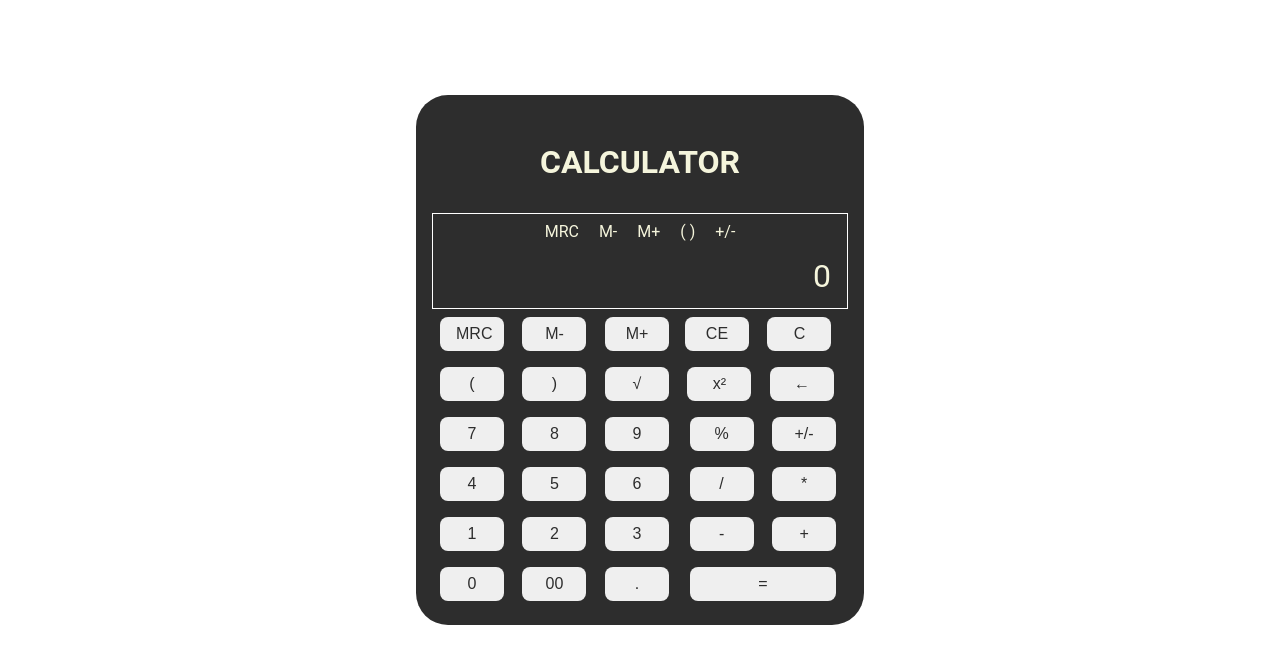
Repository: Denis793/CalculatorNew
Page: index.html
An editor plug-in stored every save of this project. The page is shown before and after the next save, followed by the edit.
The browser window is 1280 px wide. The pictures show the whole page.
The style sheet was rebuilt from its Sass, Less or Tailwind sources for each picture, by a compiler version that may differ from the author's.

Above is the page before, as saved 2025-05-17 18:58:53.

After the next save:
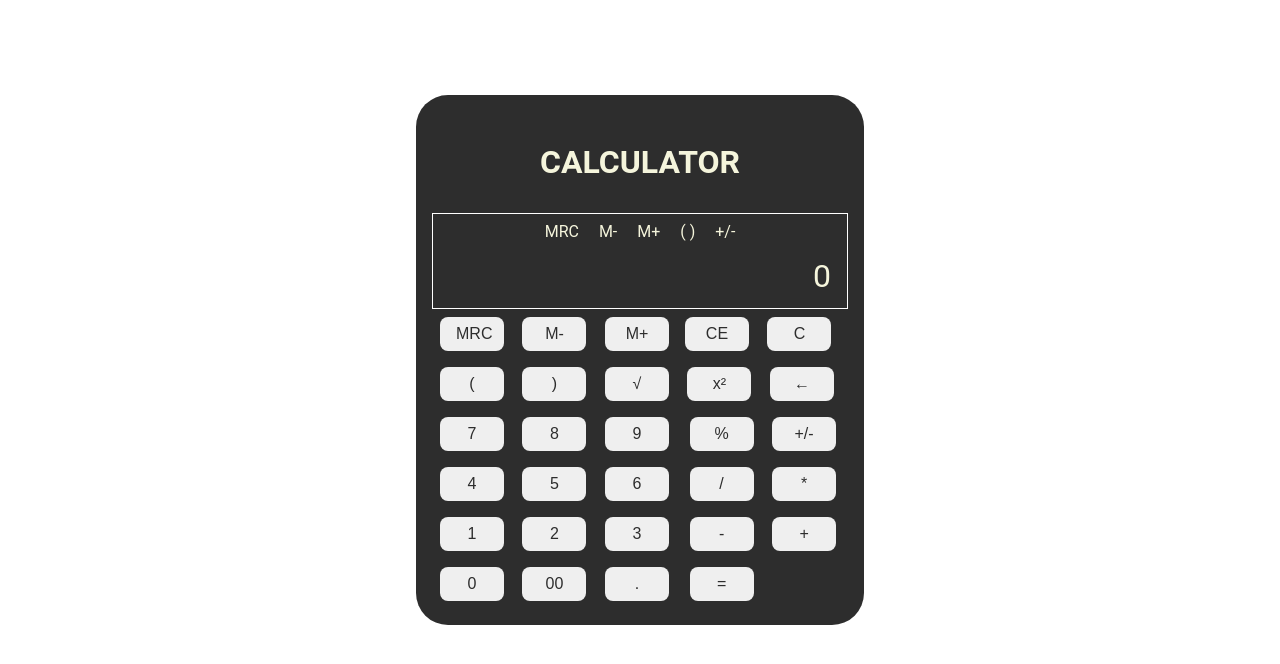
Saved 22 s later.
--- a/app/style/scss/main.scss
+++ b/app/style/scss/main.scss
@@ -66,7 +66,3 @@ button {
 .operationsBtn {
   width: 40%;
 }
-
-.equal {
-  width: 88%;
-}
